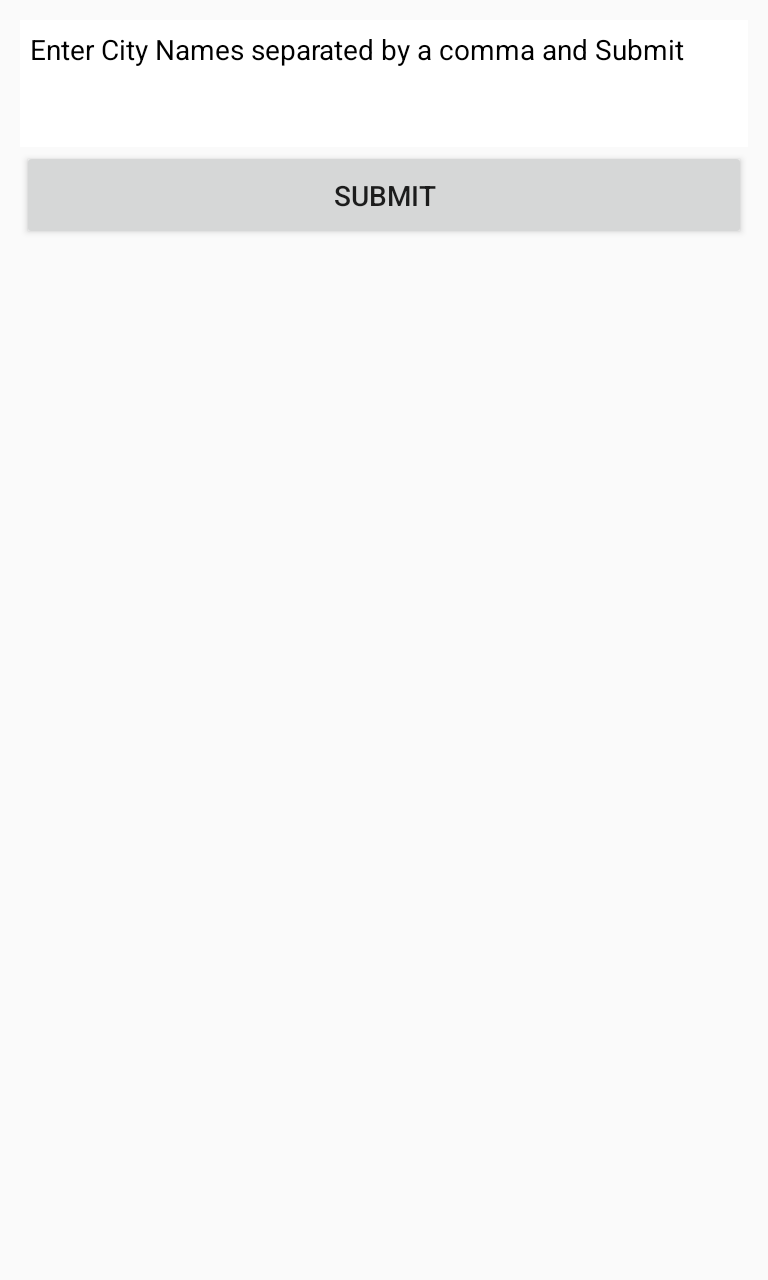
Repository: bhameamit/LeftShiftTask
Layout: LeftShiftTask/LeftShiftTak/res/layout/activity_main.xml
These files come from the project's save history. The layout is drawn as it stood at one moment and after a run of saves; the edit follows.
It is drawn on a 768 x 1280 px phone screen (xhdpi) without system bars, with theme AppTheme; the app's code is not run.

Above is the layout before, as saved 2015-02-19 20:42:05.

### LeftShiftTask/LeftShiftTak/res/layout/activity_main.xml
<LinearLayout xmlns:android="http://schemas.android.com/apk/res/android"
    xmlns:tools="http://schemas.android.com/tools"
    android:layout_width="match_parent"
    android:layout_height="match_parent"
    android:orientation="vertical"
    android:padding="10dp"
    tools:context="com.example.leftshifttak.MainActivity" >

    <TextView
        android:layout_width="match_parent"
        android:layout_height="wrap_content"
        android:background="@android:color/white"
        android:padding="5dp"
        android:text="@string/info"
        android:textColor="@android:color/black" />

    <EditText
        android:id="@+id/city1"
        android:layout_width="match_parent"
        android:layout_height="wrap_content"
        android:background="@android:color/white"
        android:padding="5dp" />

    <Button
        android:id="@+id/send_city"
        android:layout_width="match_parent"
        android:layout_height="wrap_content"
        android:text="Submit" />

</LinearLayout>

### LeftShiftTask/LeftShiftTak/res/values/strings.xml
<?xml version="1.0" encoding="utf-8"?>
<resources>

    <string name="app_name">LeftShiftTak</string>
    <string name="hello_world">Hello world!</string>
    <string name="action_settings">Settings</string>
    <string name="title_activity_list_cities">ListCitiesActivity</string>

    <string name="info">Enter City Names separated by a comma and Submit</string>

</resources>

Loaded but not shown: LeftShiftTask/LeftShiftTak/res/values/styles.xml (common file); LeftShiftTask/LeftShiftTak/res/values-v11/styles.xml (common file); LeftShiftTask/LeftShiftTak/res/values-v14/styles.xml (common file)

After the next 2 saves:
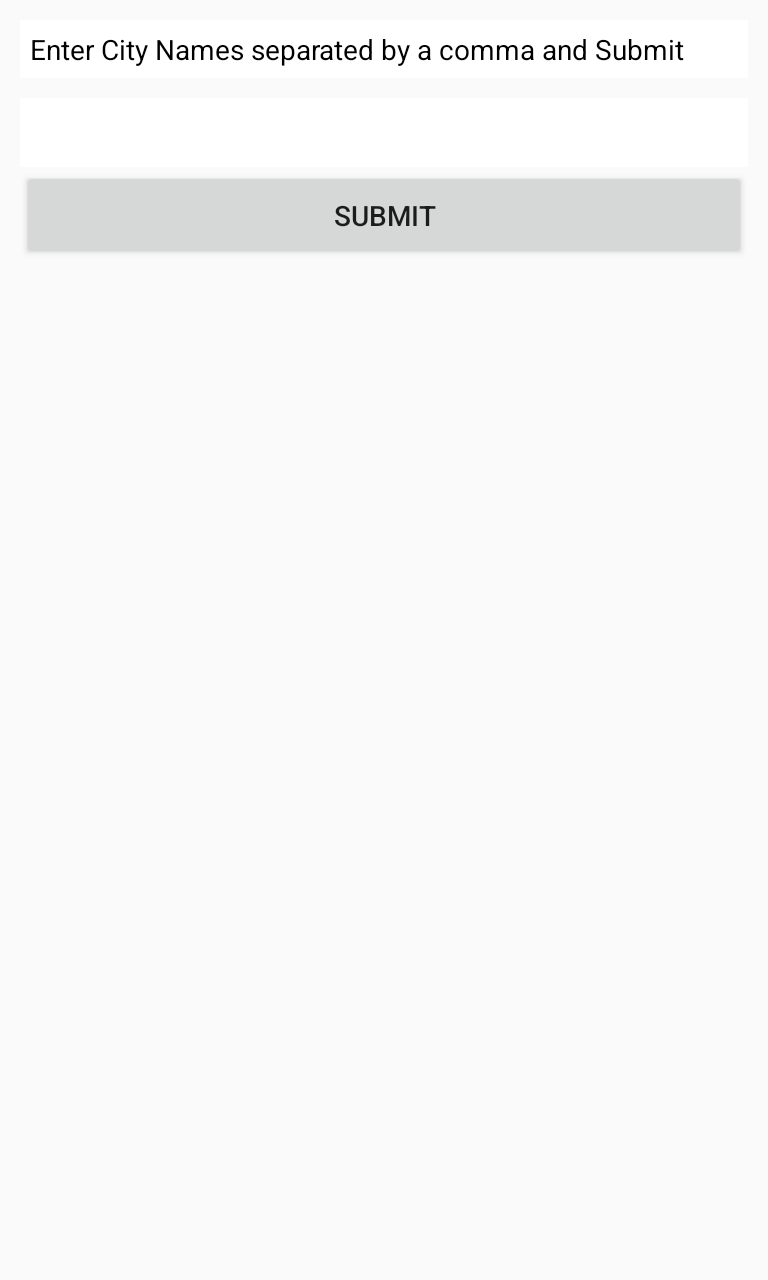
The 2 saves are shown as one change because they came seconds apart.
The last was saved 39 s later.
--- a/LeftShiftTask/LeftShiftTak/res/layout/activity_main.xml
+++ b/LeftShiftTask/LeftShiftTak/res/layout/activity_main.xml
@@ -14,6 +14,11 @@
         android:text="@string/info"
         android:textColor="@android:color/black" />
 
+    <LinearLayout
+        android:layout_width="match_parent"
+        android:layout_height="10dp" >
+    </LinearLayout>
+
     <EditText
         android:id="@+id/city1"
         android:layout_width="match_parent"
